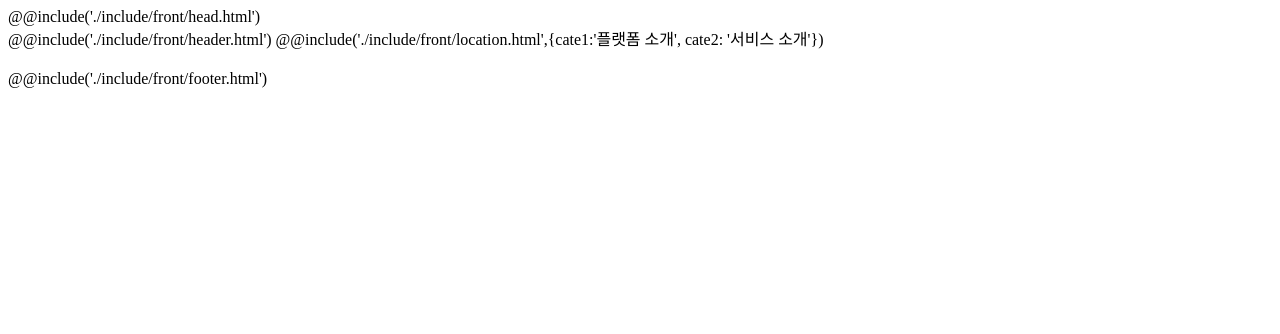
Repository: richosj/landxi
Page: workspace/html/01-01-플랫폼소개-서비스개요-플랫폼소개.html
These files come from the project's save history. The page is drawn as it stood at one moment and after the next save; the edit follows.
The browser window is 1280 px wide. The pictures show the whole page.

Above is the page before, as saved 2024-07-04 10:34:59.

After the next save:
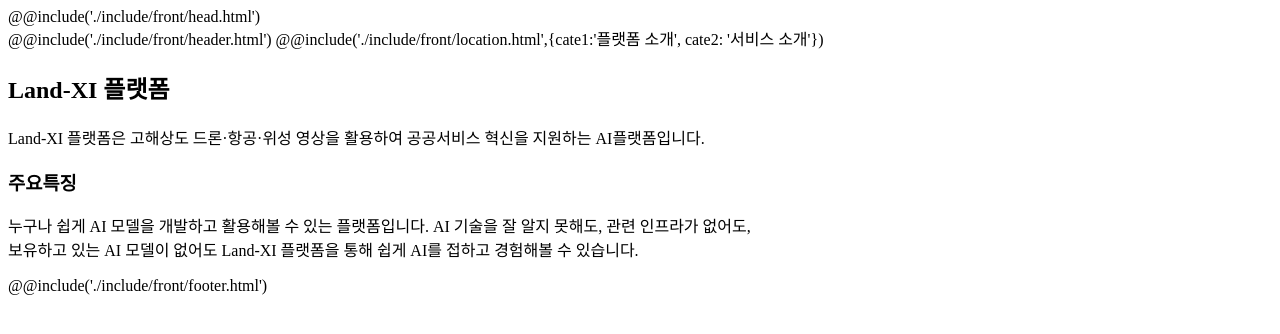
Saved 2 min 38 s later.
--- a/workspace/html/01-01-플랫폼소개-서비스개요-플랫폼소개.html
+++ b/workspace/html/01-01-플랫폼소개-서비스개요-플랫폼소개.html
@@ -14,16 +14,25 @@
 
       <div class="plat__service">
         <div class="plat__service--title">
-          <h2></h2>
-          <p></p>
+          <h2>Land-XI 플랫폼</h2>
+          <p>Land-XI 플랫폼은 고해상도 드론·항공·위성 영상을 활용하여 공공서비스 혁신을 지원하는 AI플랫폼입니다.</p>
         </div>
 
         <div class="plat__service--impact">
-
+          <div class="lay-wrap">
+            <div class="hgroup">
+              <h3>주요특징</h3>
+              <p>누구나 쉽게 AI 모델을 개발하고 활용해볼 수 있는 플랫폼입니다. AI 기술을 잘 알지 못해도, 관련 인프라가 없어도,<br>
+                보유하고 있는 AI 모델이 없어도 Land-XI 플랫폼을 통해 쉽게 AI를 접하고 경험해볼 수 있습니다.
+              </p>
+            </div>
+          </div>
         </div>
 
         <div class="plat__service--logic">
+          <div class="lay-wrap">
 
+          </div>
         </div>
 
 
